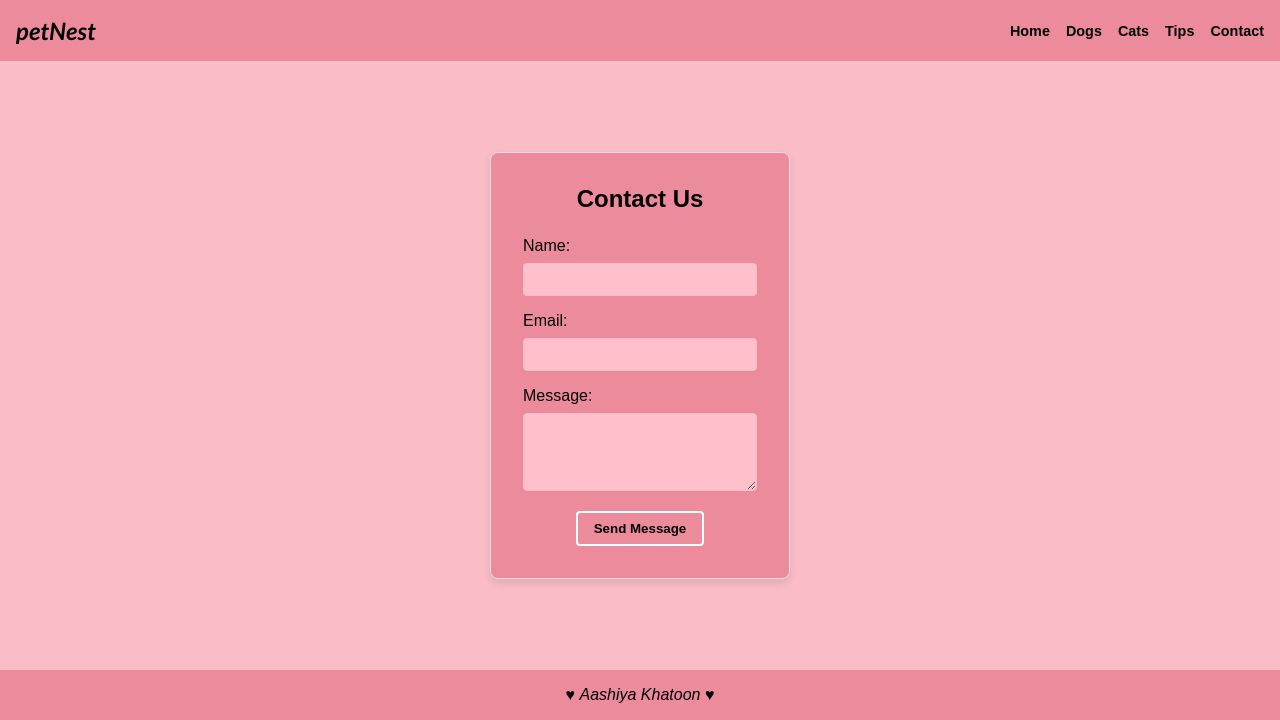
Repository: SHAHZADcodr/pet_care
Page: pages/contact.html
These files come from the project's save history. The page is drawn as it stood at one moment and after a run of saves; the edit follows.
The browser window is 1280 px wide. The pictures show the whole page.

Above is the page before, as saved 2024-11-04 23:41:17.

After the next 2 saves:
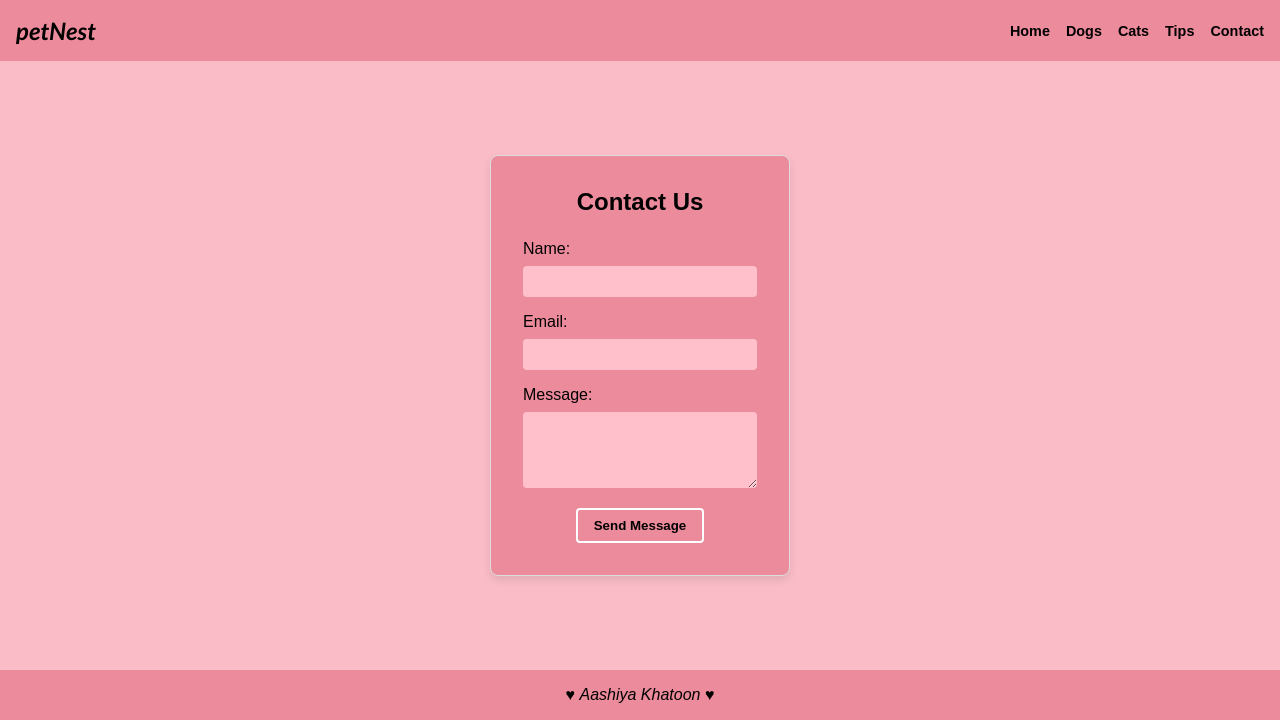
The 2 saves are shown as one change because they came seconds apart.
The last was saved 30 s later.
--- a/pages/contact.css
+++ b/pages/contact.css
@@ -91,7 +91,7 @@ nav {
 .form-group textarea {
     width: 100%;
     padding: 0.5rem;
-    border: 1px solid var(--bg--body-color);
+    border:none!important;
     border-radius: 4px;
     background-color:pink;
 }
